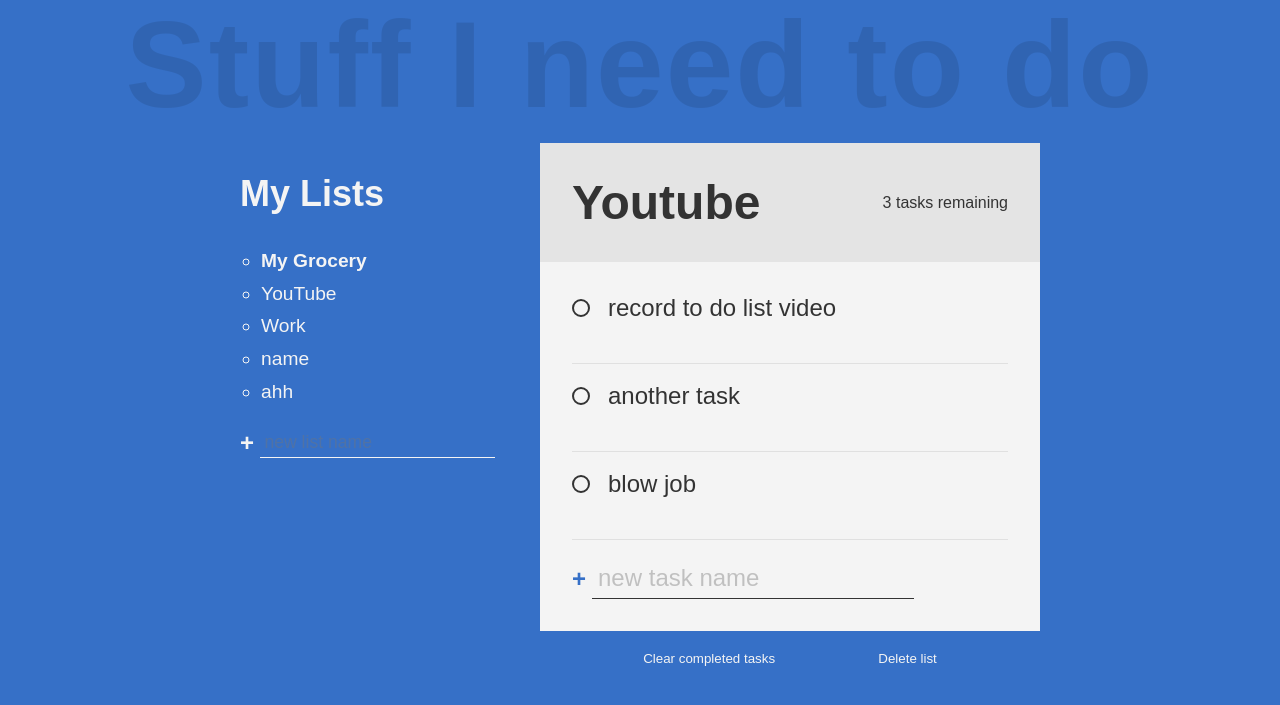
Repository: MohammadMazloum123/To-Do-List-App-
Page: index.html
An editor plug-in stored every save of this project. The page is shown before and after a run of saves, followed by the edit.
The browser window is 1280 px wide. The pictures show the whole page.

Above is the page before, as saved 2024-02-15 15:40:59.

### index.html
<!DOCTYPE html>
<html lang="en">
<head>
    <meta charset="UTF-8">
    <meta name="viewport" content="width=device-width, initial-scale=1.0">
    <title>To-Do List</title>
    <link rel="stylesheet" href="styles.css">
</head>
<body>
    <h1 class="title">Stuff I need to do</h1>
    <div class="all-tasks">
        <h2 class="task-list-title">My Lists</h2>
        <ul class="task-list" data-lists>
            <li class="list-name active-list">My Grocery</li>
            <li class="list-name" >YouTube</li>
            <li class="list-name">Work</li>
        </ul>
        <form>
            <input type="text" class="new list" placeholder="new list name" aria-label="new list name">
            <button class="btn create" aria-label="create new list">+</button>
        </form>
    </div>
    <div class="todo-list">
        <div class="todo-header">
            <h1 class="list-title">Youtube</h1>
            <p class="task-count">3 tasks remaining</p>
        </div>
        <div class="todo-body">
            <div class="tasks">
                <div class="task">
                    <input type="checkbox" id="task-1">
                    <label for="task-1">
                        <span class="custom-checkbox"></span>
                        record to do list video
                    </label>
                </div>
                <!--Task 1-->
                <div class="task">
                    <input type="checkbox" id="task-2">
                    <label for="task-2">
                        <span class="custom-checkbox"></span>
                        another task
                    </label>
                </div>
                <!--Task 2-->
                <div class="task">
                    <input type="checkbox" id="task-3">
                    <label for="task-3">
                        <span class="custom-checkbox"></span>
                        blow job
                    </label>
                </div>
                <!--Task 3-->
            </div>
            <div class="new-task-creator">
                <form>
                    <input type="text" class="new task" placeholder="new task name" aria-label="new task name">
                    <button class="btn create" aria-label="create new task">+</button>
                </form>
            </div>
            <div class="delete-stuff">
                <button class="btn delete">Clear completed tasks</button>
                <button class="btn delete">Delete list</button>
            </div>
        </div>
    </div>
    <!--Java Script-->
    <script defer src="script.js"></script>
</body>
</html>

### styles.css
:root{
    --clr-primary: rgb(54, 112, 199);
    --clr-light: #f4f4f4;
    --clr-dark:#333;
    --clr-warning: rgb(99, 36, 36);
}
*,
*::before,
*::after{
    font-family: inherit;
    box-sizing: border-box;
}

body{
    margin: 0;
    font-family: "Work Sans", sans-serif;
    font-weight: 300;
    font-size: 1.5rem;
    background-color: var(--clr-primary);
    color: var(--clr-light);
    display: grid;
    grid:
        "header header header header" auto
        "...... lists active ......" auto /
        1fr minmax(100px, 300px) minmax(250px, 500px) 1fr;
}
.title{
    grid-area: header;
    text-align: center;
    font-weight: 800;
    font-size: calc(7vw + 2rem);
    color: rgba(0, 0, 0, .1);
    margin: -.3rem 0 0.5rem;
    letter-spacing: 2px;
}
form{
    display: flex;
}
.btn{
    background: 0;
    cursor: pointer;
    padding: 0;
    border: 0;
    color: inherit;
}
.btn.create{
    font-size: 1.5rem;
    font-weight: 900;
    margin-right: .25em;
    transition: opacity 250ms ease-in;
}
.btn.create:hover{
    opacity: .7;
}

.new{
    background: transparent;
    border: 0;
    color: inherit;
    outline: none;
    font-size: inherit;
    border-bottom: 1px solid currentColor;
    transition: border-bottom 150ms ease-in;
    order: 2;
    padding: 0.25em;
}
.new::placeholder{
    opacity: .4;
}
.new:focus{
    border-bottom-width: 3px;
}

.new:focus::placeholder{
    opacity: 0.15;
}
.active-list{
    font-weight: 800;
}
.new.list{
    font-size: 1.1rem;
}
.all-tasks{
    grid-area: lists;
}
.task-list{
    line-height: 1.7;
    list-style: circle;
    font-size: 1.2rem;
    padding-left: 1.1em;
}
.list-name{
    cursor: pointer;
}
.list-name:hover{
    opacity: .7;
}
.todo-list{
    --spacer:2rem;
    grid-area: active;
    background: var(--clr-light);
    color: var(--clr-dark);
}
.todo-header{
    padding: var(--spacer);
    background: #e4e4e4;
    display: flex;
    align-items: center;
    justify-content: space-between;
}
.list-title{
    margin: 0 1em 0 0;
}
.task-count{
    margin: 0;
    font-size: 1rem;
}
.todo-body{
    padding: var(--spacer);
    position: relative;
}
.new-task-creator .create{
    color: var(--clr-primary);
}
.new.task{
    margin-bottom: 0;
}

[type="checkbox"]{
    opacity: 0;
    position: absolute;
}
.task label{
    display: inline-flex;
    align-items: center;
    position: relative;
    margin-bottom: 1.25em;
}
.task{
    position: relative;
    margin-bottom: 1.25em;
}
.task::after{
    content: "";
    position: absolute;
    left: 0;
    right: 0;
    height: 1px;
    bottom: -0.5em;
    background: currentColor;
    opacity: 0.1;

}
.custom-checkbox{
    --size: 0.75em;
    display: inline-block;
    width: var(--size);
    height: var(--size);
    margin-right: var(--size);
    cursor: pointer;
    border: 2px solid currentColor;
    border-radius: 50%;
    transform: scale(1);
    transition: transform 300ms ease-in-out;
}
.task:hover .custom-checkbox,
[type="checkbox"]:focus + label .custom-checkbox {
    transform: scale(1.2);
    color: var(--clr-primary);
}

[type="checkbox"]:checked + label .custom-checkbox{
    background-color: var(--clr-primary);
    border-color: var(--clr-primary);
    box-shadow: inset 0 0 0px 2px white;
}
[type="checkbox"]:checked + label{
    opacity: 0.7;
}
.task label::after{
    content: "";
    position: absolute;
    left: 0;
    right: 0;
    left: 1.5em;
    top: 50%;
    height: 3px;
    background: currentColor;
    transform: scaleX(0);
    transform-origin:right ;
    transition: transform 150ms ease-in-out;
}
[type="checkbox"]:checked + label::after{
    transform: scaleX(1);
    transform-origin: left;
}
.delete-stuff{
    display: flex;
    justify-content: space-evenly;
    position: absolute;
    width: 100%;
    left: 0;
    bottom:-35px;
    color: var(--clr-light);
}

.btn.delete:hover{
    border-bottom: 2px solid #333;
    transform: scaleY(1.05);
}

### script.js
const listsContainer = document.querySelector('[data-lists]');
let lists = ['name', 'ahh'];

function render(){
    clearElement(listsContainer)
    lists.forEach(list =>{
        const listElement = document.createElement('li')
        listElement.classList.add('list-name')
        listElement.innerText = list
        listsContainer.appendChild(listElement)
    })
}
function clearElement(element){
    while(element.fistChild){
        element.removeChild(element.fistChild)
    }
}

render()

After the next 2 saves:
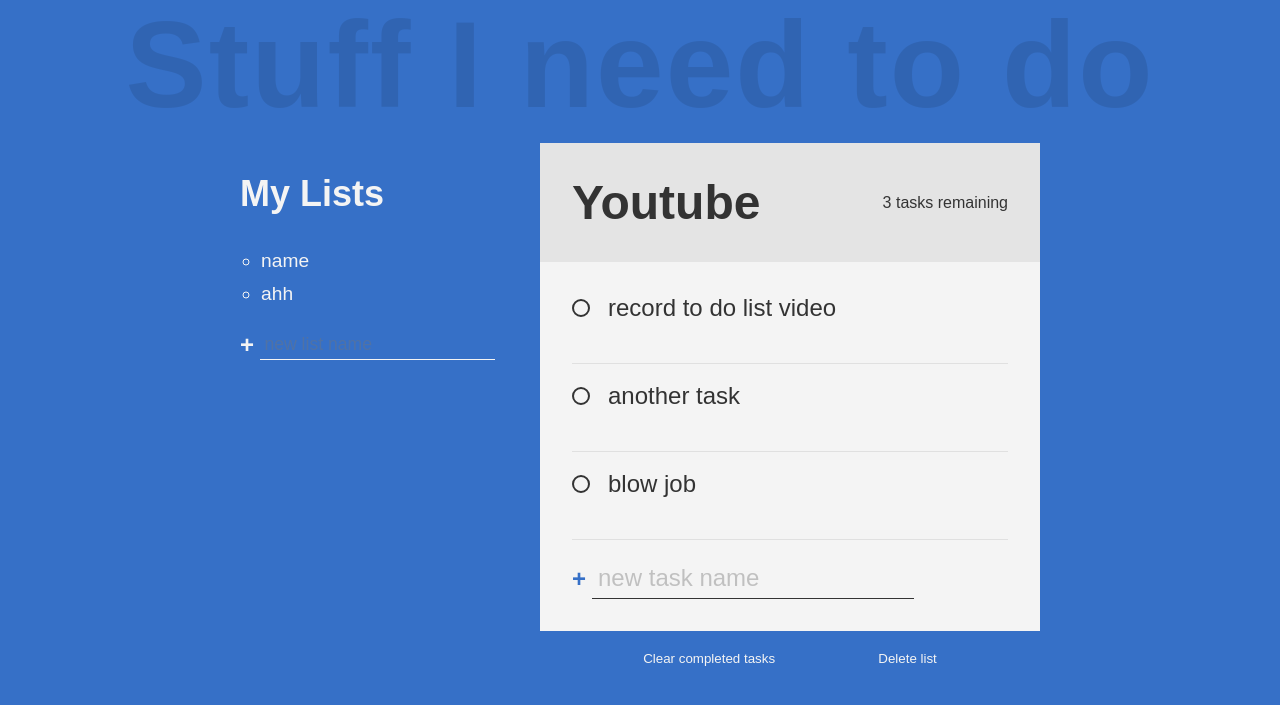
The 2 saves are shown as one change because they came seconds apart.
The last was saved 10 s later.
--- a/script.js
+++ b/script.js
@@ -11,8 +11,8 @@ function render(){
     })
 }
 function clearElement(element){
-    while(element.fistChild){
-        element.removeChild(element.fistChild)
+    while(element.firstChild){
+        element.removeChild(element.firstChild)
     }
 }
 
